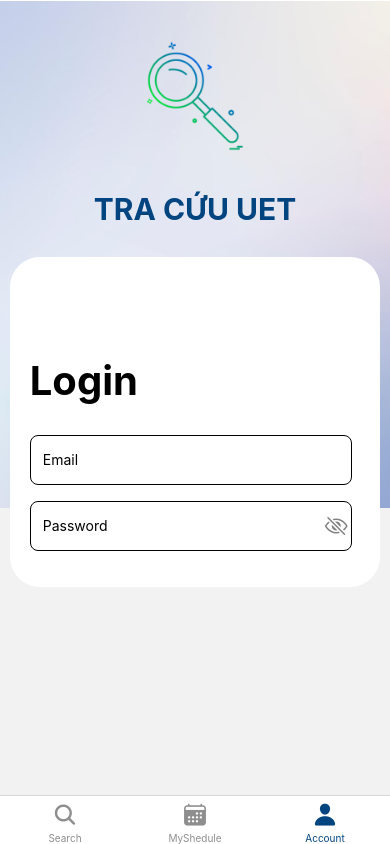
Repository: nguyenkhackien/Student-Progress-Tracker-
Screen: /Account (app in MyApp/)
These files come from the project's save history. The screen is drawn as it stood at one moment and after the next save; the edit follows.
The app was drawn by React Native's web renderer in a window 390 px wide. The project was rebuilt for these pictures with package versions that can differ from the ones it lists, and the page was loaded fresh each time. Also part of the build but not shown: MyApp/src/components/MyScheduleScreen.js.

Above is the screen before, as saved 2024-07-21 22:04:05.

After the next save:
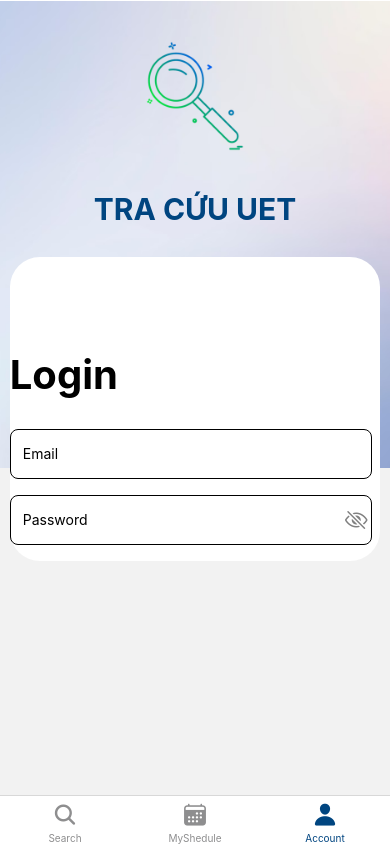
Saved 20 s later.
--- a/MyApp/src/components/LoginScreen.js
+++ b/MyApp/src/components/LoginScreen.js
@@ -92,7 +92,6 @@
     loginContainer: {
         width: "95%",
         height: "65%",
-        padding: 20,
         backgroundColor: "white",
         borderRadius: 30,
         justifyContent: "end",

After the save that followed:
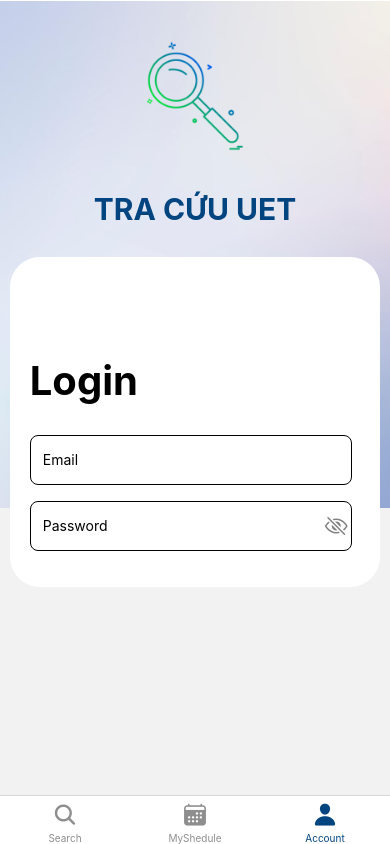
Saved 4 s later.
--- a/MyApp/src/components/LoginScreen.js
+++ b/MyApp/src/components/LoginScreen.js
@@ -92,6 +92,7 @@
     loginContainer: {
         width: "95%",
         height: "65%",
+        padding: 20,
         backgroundColor: "white",
         borderRadius: 30,
         justifyContent: "end",
